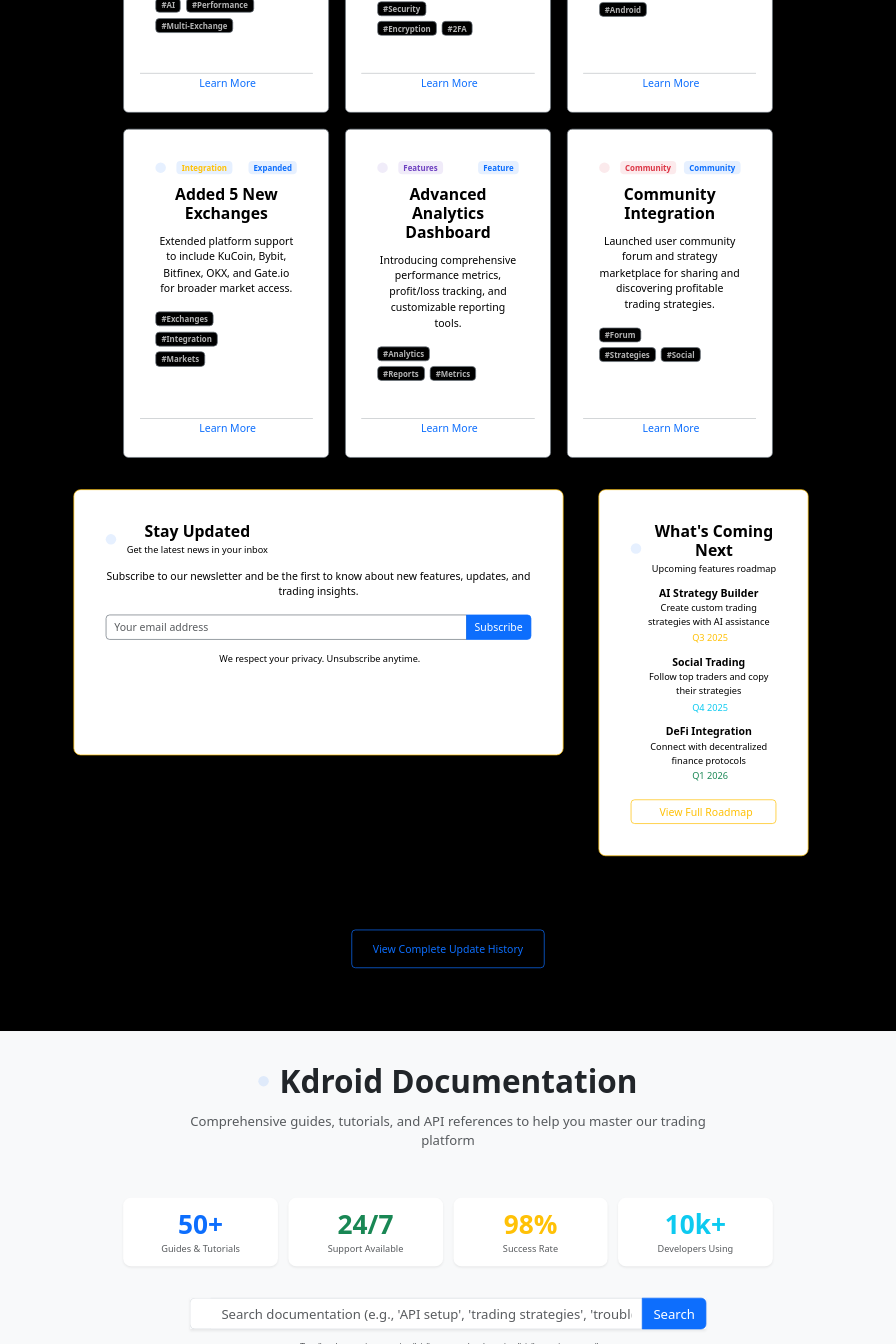
Repository: Kevin-Pro-Codes/halo-trading
Page: /
These files come from the project's save history. The page is drawn as it stood at one moment and after the next save; the edit follows.
The browser window is 1280 px wide. The pictures show the part of the page from y = 3890 to 5810 px (the page is 19648 px tall), at 70% of full size.
The page's requests for data from a server got no answer. The project was rebuilt for these pictures with package versions that can differ from the ones it lists, and the page was loaded fresh each time. Some packages were replaced by stand-ins written for this rebuild. No one was signed in, and anything a server would have sent is missing. Also part of the build but not shown: vite.config.js, src/styles/DocStyle.css, src/styles/PricingStyle.css.

Above is the page before, as saved 2025-12-09 20:57:03.

After the next save:
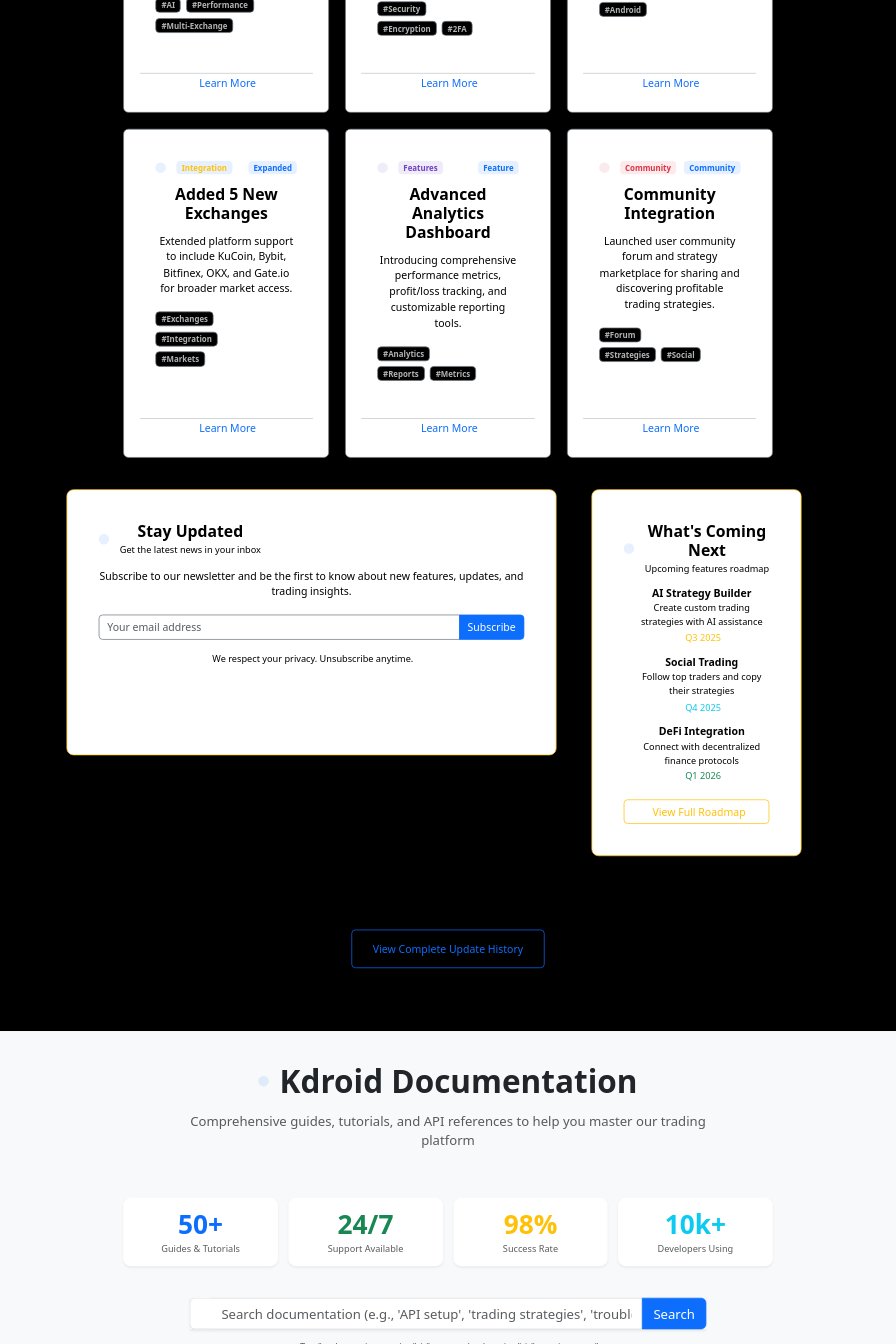
Saved 19 s later.
--- a/src/components/LatestSection.jsx
+++ b/src/components/LatestSection.jsx
@@ -214,7 +214,7 @@ const LatestSection = () => {
 
     {/* Left Box: Newsletter */}
     <div style={{
-      marginLeft: '80px',
+      marginLeft: '60px',
       minWidth: '650px',
       maxWidth: '700px'
     }}>
